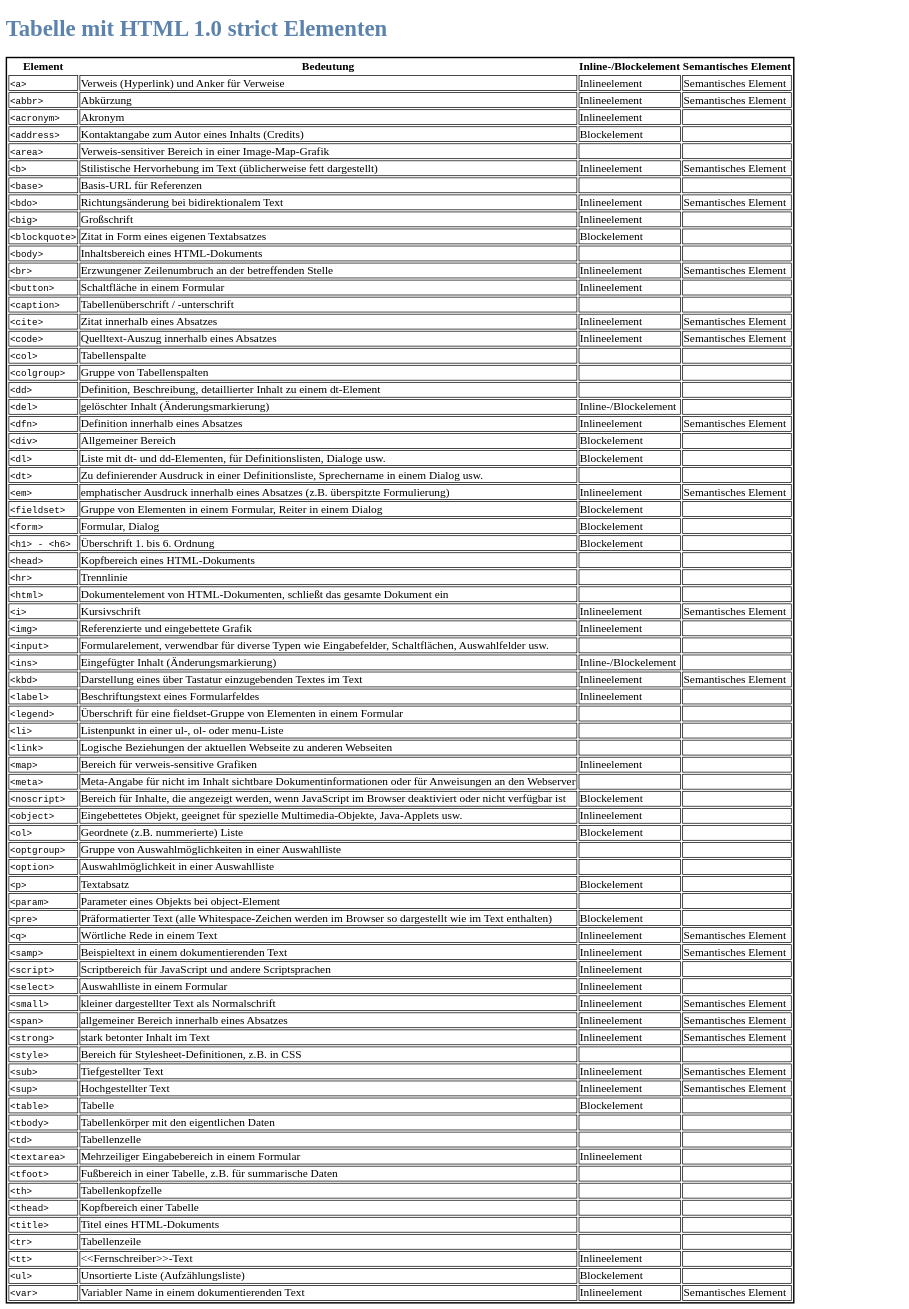
Repository: pLurchi/MyWebengineeringRepo
Page: RemoteSystemsTempFiles/HA-Kapitel06/WebContent/index.html
These files come from the project's save history. The page is drawn as it stood at one moment and after the next save; the edit follows.
The browser window is 1280 px wide. The pictures show the whole page, at 71% of full size.

Above is the page before, as saved 2013-11-28 18:58:11.

### RemoteSystemsTempFiles/HA-Kapitel06/WebContent/index.html
<?xml version="1.0" encoding="UTF-8" ?>
<!DOCTYPE html PUBLIC "-//W3C//DTD XHTML 1.0 Strict//EN" "http://www.w3.org/TR/xhtml1/DTD/xhtml1-strict.dtd">
<html xmlns="http://www.w3.org/1999/xhtml">
<head>
<meta http-equiv="Content-Type" content="text/html; charset=UTF-8" />
<link type="text/css" rel="stylesheet" href="CSS/stylesheet.css" />

<title>HA-Kapitel06</title>
</head>
<body>

	<h1>Tabelle mit HTML 1.0 strict Elementen</h1>

	<table class="wiki-content-table">
		<colgroup>
    		<col width="1*">
    		<col width="3*">
    		<col width="1*">
		    <col width="1*">
  		</colgroup>
		<tr>
			<th>Element</th>
			<th>Bedeutung</th>
			<th>Inline-/Blockelement</th>
			<th>Semantisches Element</th>
		</tr>

		<tr>
			<td><tt>&lt;a&gt;</tt></td>
			<td>Verweis (Hyperlink) und Anker für Verweise</td>
			<td>Inlineelement</td>
			<td>Semantisches Element</td>
		</tr>
		<tr>
			<td><tt>&lt;abbr&gt;</tt></td>
			<td>Abkürzung</td>
			<td>Inlineelement</td>
			<td>Semantisches Element</td>
		</tr>
		<tr>
			<td><tt>&lt;acronym&gt;</tt></td>
			<td>Akronym</td>
			<td>Inlineelement</td>
			<td></td>
		</tr>
		<tr>
			<td><tt>&lt;address&gt;</tt></td>
			<td>Kontaktangabe zum Autor eines Inhalts (Credits)</td>
			<td>Blockelement</td>
			<td></td>
		</tr>
		<tr>
			<td><tt>&lt;area&gt;</tt></td>
			<td>Verweis-sensitiver Bereich in einer Image-Map-Grafik</td>
			<td></td>
			<td></td>
		</tr>
		<tr>
			<td><tt>&lt;b&gt;</tt></td>
			<td>Stilistische Hervorhebung im Text (üblicherweise fett dargestellt)</td>
			<td>Inlineelement</td>
			<td>Semantisches Element</td>
		</tr>
		<tr>
			<td><tt>&lt;base&gt;</tt></td>
			<td>Basis-URL für Referenzen</td>
			<td></td>
			<td></td>
		</tr>
		<tr>
			<td><tt>&lt;bdo&gt;</tt></td>
			<td>Richtungsänderung bei bidirektionalem Text</td>
			<td>Inlineelement</td>
			<td>Semantisches Element</td>
		</tr>
		<tr>
			<td><tt>&lt;big&gt;</tt></td>
			<td>Großschrift</td>
			<td>Inlineelement</td>
			<td></td>
		</tr>
		<tr>
			<td><tt>&lt;blockquote&gt;</tt></td>
			<td>Zitat in Form eines eigenen Textabsatzes</td>
			<td>Blockelement</td>
			<td></td>
		</tr>
		<tr>
			<td><tt>&lt;body&gt;</tt></td>
			<td>Inhaltsbereich eines HTML-Dokuments</td>
			<td></td>
			<td></td>
		</tr>
		<tr>
			<td><tt>&lt;br&gt;</tt></td>
			<td>Erzwungener Zeilenumbruch an der betreffenden Stelle</td>
			<td>Inlineelement</td>
			<td>Semantisches Element</td>
		</tr>
		<tr>
			<td><tt>&lt;button&gt;</tt></td>
			<td>Schaltfläche in einem Formular</td>
			<td>Inlineelement</td>
			<td></td>
		</tr>
		<tr>
			<td><tt>&lt;caption&gt;</tt></td>
			<td>Tabellenüberschrift / -unterschrift</td>
			<td></td>
			<td></td>
		</tr>
		<tr>
			<td><tt>&lt;cite&gt;</tt></td>
			<td>Zitat innerhalb eines Absatzes</td>
			<td>Inlineelement</td>
			<td>Semantisches Element</td>
		</tr>
		<tr>
			<td><tt>&lt;code&gt;</tt></td>
			<td>Quelltext-Auszug innerhalb eines Absatzes</td>
			<td>Inlineelement</td>
			<td>Semantisches Element</td>
		</tr>
		<tr>
			<td><tt>&lt;col&gt;</tt></td>
			<td>Tabellenspalte</td>
			<td></td>
			<td></td>
		</tr>
		<tr>
			<td><tt>&lt;colgroup&gt;</tt></td>
			<td>Gruppe von Tabellenspalten</td>
			<td></td>
			<td></td>
		</tr>
		<tr>
			<td><tt>&lt;dd&gt;</tt></td>
			<td>Definition, Beschreibung, detaillierter Inhalt zu einem dt-Element</td>
			<td></td>
			<td></td>
		</tr>
		<tr>
			<td><tt>&lt;del&gt;</tt></td>
			<td>gelöschter Inhalt (Änderungsmarkierung)</td>
			<td>Inline-/Blockelement</td>
			<td></td>
		</tr>
		<tr>
			<td><tt>&lt;dfn&gt;</tt></td>
			<td>Definition innerhalb eines Absatzes</td>
			<td>Inlineelement</td>
			<td>Semantisches Element</td>
		</tr>
		<tr>
			<td><tt>&lt;div&gt;</tt></td>
			<td>Allgemeiner Bereich</td>
			<td>Blockelement</td>
			<td></td>
		</tr>
		<tr>
			<td><tt>&lt;dl&gt;</tt></td>
			<td>Liste mit dt- und dd-Elementen, für Definitionslisten, Dialoge usw.</td>
			<td>Blockelement</td>
			<td></td>
		</tr>
		<tr>
			<td><tt>&lt;dt&gt;</tt></td>
			<td>Zu definierender Ausdruck in einer Definitionsliste, Sprechername in einem Dialog usw.</td>
			<td></td>
			<td></td>
		</tr>
		<tr>
			<td><tt>&lt;em&gt;</tt></td>
			<td>emphatischer Ausdruck innerhalb eines Absatzes (z.B. überspitzte Formulierung)</td>
			<td>Inlineelement</td>
			<td>Semantisches Element</td>
		</tr>
		<tr>
			<td><tt>&lt;fieldset&gt;</tt></td>
			<td>Gruppe von Elementen in einem Formular, Reiter in einem Dialog</td>
			<td>Blockelement</td>
			<td></td>
		</tr>
		<tr>
			<td><tt>&lt;form&gt;</tt></td>
			<td>Formular, Dialog</td>
			<td>Blockelement</td>
			<td></td>
		</tr>
		<tr>
			<td><tt>&lt;h1&gt; - &lt;h6&gt;</tt></td>
			<td>Überschrift 1. bis 6. Ordnung</td>
			<td>Blockelement</td>
			<td></td>
		</tr>
		<tr>
			<td><tt>&lt;head&gt;</tt></td>
			<td>Kopfbereich eines HTML-Dokuments</td>
			<td></td>
			<td></td>
		</tr>
		<tr>
			<td><tt>&lt;hr&gt;</tt></td>
			<td>Trennlinie</td>
			<td></td>
			<td></td>
		</tr>
		<tr>
			<td><tt>&lt;html&gt;</tt></td>
			<td>Dokumentelement von HTML-Dokumenten, schließt das gesamte Dokument ein</td>
			<td></td>
			<td></td>
		</tr>
		<tr>
			<td><tt>&lt;i&gt;</tt></td>
			<td>Kursivschrift</td>
			<td>Inlineelement</td>
			<td>Semantisches Element</td>
		</tr>
		<tr>
			<td><tt>&lt;img&gt;</tt></td>
			<td>Referenzierte und eingebettete Grafik</td>
			<td>Inlineelement</td>
			<td></td>
		</tr>
		<tr>
			<td><tt>&lt;input&gt;</tt></td>
			<td>Formularelement, verwendbar für diverse Typen wie Eingabefelder, Schaltflächen, Auswahlfelder usw.</td>
			<td></td>
			<td></td>
		</tr>
		<tr>
			<td><tt>&lt;ins&gt;</tt></td>
			<td>Eingefügter Inhalt (Änderungsmarkierung)</td>
			<td>Inline-/Blockelement</td>
			<td></td>
		</tr>
		<tr>
			<td><tt>&lt;kbd&gt;</tt></td>
			<td>Darstellung eines über Tastatur einzugebenden Textes im Text</td>
			<td>Inlineelement</td>
			<td>Semantisches Element</td>
		</tr>
		<tr>
			<td><tt>&lt;label&gt;</tt></td>
			<td>Beschriftungstext eines Formularfeldes</td>
			<td>Inlineelement</td>
			<td></td>
		</tr>
		<tr>
			<td><tt>&lt;legend&gt;</tt></td>
			<td>Überschrift für eine fieldset-Gruppe von Elementen in einem Formular</td>
			<td></td>
			<td></td>
		</tr>
		<tr>
			<td><tt>&lt;li&gt;</tt></td>
			<td>Listenpunkt in einer ul-, ol- oder menu-Liste</td>
			<td></td>
			<td></td>
		</tr>
		<tr>
			<td><tt>&lt;link&gt;</tt></td>
			<td>Logische Beziehungen der aktuellen Webseite zu anderen Webseiten</td>
			<td></td>
			<td></td>
		</tr>
		<tr>
			<td><tt>&lt;map&gt;</tt></td>
			<td>Bereich für verweis-sensitive Grafiken</td>
			<td>Inlineelement</td>
			<td></td>
		</tr>
		<tr>
			<td><tt>&lt;meta&gt;</tt></td>
			<td>Meta-Angabe für nicht im Inhalt sichtbare Dokumentinformationen oder für Anweisungen an den Webserver</td>
			<td></td>
			<td></td>
		</tr>
		<tr>
			<td><tt>&lt;noscript&gt;</tt></td>
			<td>Bereich für Inhalte, die angezeigt werden, wenn JavaScript im Browser deaktiviert oder nicht verfügbar ist</td>
			<td>Blockelement</td>
			<td></td>
		</tr>
		<tr>
			<td><tt>&lt;object&gt;</tt></td>
			<td>Eingebettetes Objekt, geeignet für spezielle Multimedia-Objekte, Java-Applets usw.</td>
			<td>Inlineelement</td>
			<td></td>
		</tr>
		<tr>
			<td><tt>&lt;ol&gt;</tt></td>
			<td>Geordnete (z.B. nummerierte) Liste</td>
			<td>Blockelement</td>
			<td></td>
		</tr>
		<tr>
			<td><tt>&lt;optgroup&gt;</tt></td>
			<td>Gruppe von Auswahlmöglichkeiten in einer Auswahlliste</td>
			<td></td>
			<td></td>
		</tr>
		<tr>
			<td><tt>&lt;option&gt;</tt></td>
			<td>Auswahlmöglichkeit in einer Auswahlliste</td>
			<td></td>
			<td></td>
		</tr>
		<tr>
			<td><tt>&lt;p&gt;</tt></td>
			<td>Textabsatz</td>
			<td>Blockelement</td>
			<td></td>
		</tr>
		<tr>
			<td><tt>&lt;param&gt;</tt></td>
			<td>Parameter eines Objekts bei object-Element</td>
			<td></td>
			<td></td>
		</tr>
		<tr>
			<td><tt>&lt;pre&gt;</tt></td>
			<td>Präformatierter Text (alle Whitespace-Zeichen werden im Browser so dargestellt wie im Text enthalten)</td>
			<td>Blockelement</td>
			<td></td>
		</tr>
		<tr>
			<td><tt>&lt;q&gt;</tt></td>
			<td>Wörtliche Rede in einem Text</td>
			<td>Inlineelement</td>
			<td>Semantisches Element</td>
		</tr>
		<tr>
			<td><tt>&lt;samp&gt;</tt></td>
			<td>Beispieltext in einem dokumentierenden Text</td>
			<td>Inlineelement</td>
			<td>Semantisches Element</td>
		</tr>
		<tr>
			<td><tt>&lt;script&gt;</tt></td>
			<td>Scriptbereich für JavaScript und andere Scriptsprachen</td>
			<td>Inlineelement</td>
			<td></td>
		</tr>
		<tr>
			<td><tt>&lt;select&gt;</tt></td>
			<td>Auswahlliste in einem Formular</td>
			<td>Inlineelement</td>
			<td></td>
		</tr>
		<tr>
			<td><tt>&lt;small&gt;</tt></td>
			<td>kleiner dargestellter Text als Normalschrift</td>
			<td>Inlineelement</td>
			<td>Semantisches Element</td>
		</tr>
		<tr>
			<td><tt>&lt;span&gt;</tt></td>
			<td>allgemeiner Bereich innerhalb eines Absatzes</td>
			<td>Inlineelement</td>
			<td>Semantisches Element</td>
		</tr>
		<tr>
			<td><tt>&lt;strong&gt;</tt></td>
			<td>stark betonter Inhalt im Text</td>
			<td>Inlineelement</td>
			<td>Semantisches Element</td>
		</tr>
		<tr>
			<td><tt>&lt;style&gt;</tt></td>
			<td>Bereich für Stylesheet-Definitionen, z.B. in CSS</td>
			<td></td>
			<td></td>
		</tr>
		<tr>
			<td><tt>&lt;sub&gt;</tt></td>
			<td>Tiefgestellter Text</td>
			<td>Inlineelement</td>
			<td>Semantisches Element</td>
		</tr>
		<tr>
			<td><tt>&lt;sup&gt;</tt></td>
			<td>Hochgestellter Text</td>
			<td>Inlineelement</td>
			<td>Semantisches Element</td>
		</tr>
		<tr>
			<td><tt>&lt;table&gt;</tt></td>
			<td>Tabelle</td>
			<td>Blockelement</td>
			<td></td>
		</tr>
		<tr>
			<td><tt>&lt;tbody&gt;</tt></td>
			<td>Tabellenkörper mit den eigentlichen Daten</td>
			<td></td>
			<td></td>
		</tr>
		<tr>
			<td><tt>&lt;td&gt;</tt></td>
			<td>Tabellenzelle</td>
			<td></td>
			<td></td>
		</tr>
		<tr>
			<td><tt>&lt;textarea&gt;</tt></td>
			<td>Mehrzeiliger Eingabebereich in einem Formular</td>
			<td>Inlineelement</td>
			<td></td>
		</tr>
		<tr>
			<td><tt>&lt;tfoot&gt;</tt></td>
			<td>Fußbereich in einer Tabelle, z.B. für summarische Daten</td>
			<td></td>
			<td></td>
		</tr>
		<tr>
			<td><tt>&lt;th&gt;</tt></td>
			<td>Tabellenkopfzelle</td>
			<td></td>
			<td></td>
		</tr>
		<tr>
			<td><tt>&lt;thead&gt;</tt></td>
			<td>Kopfbereich einer Tabelle</td>
			<td></td>
			<td></td>
		</tr>
		<tr>
			<td><tt>&lt;title&gt;</tt></td>
			<td>Titel eines HTML-Dokuments</td>
			<td></td>
			<td></td>
		</tr>
		<tr>
			<td><tt>&lt;tr&gt;</tt></td>
			<td>Tabellenzeile</td>
			<td></td>
			<td></td>
		</tr>
		<tr>
			<td><tt>&lt;tt&gt;</tt></td>
			<td>&lt;&lt;Fernschreiber&gt;&gt;-Text</td>
			<td>Inlineelement</td>
			<td></td>
		</tr>
		<tr>
			<td><tt>&lt;ul&gt;</tt></td>
			<td>Unsortierte Liste (Aufzählungsliste)</td>
			<td>Blockelement</td>
			<td></td>
		</tr>
		<tr>
			<td><tt>&lt;var&gt;</tt></td>
			<td>Variabler Name in einem dokumentierenden Text</td>
			<td>Inlineelement</td>
			<td>Semantisches Element</td>
		</tr>
	</table>


</body>
</html>

### RemoteSystemsTempFiles/HA-Kapitel06/WebContent/CSS/stylesheet.css
@CHARSET "UTF-8";

/*Main Stylesheet of Web Eng G1 */



h1 {
	color: #5B83AD;
}

table {
	border: 2px solid black;
}

td {
	border: 1px solid black;
}

th {
	text-align: left top;
}

After the next save:
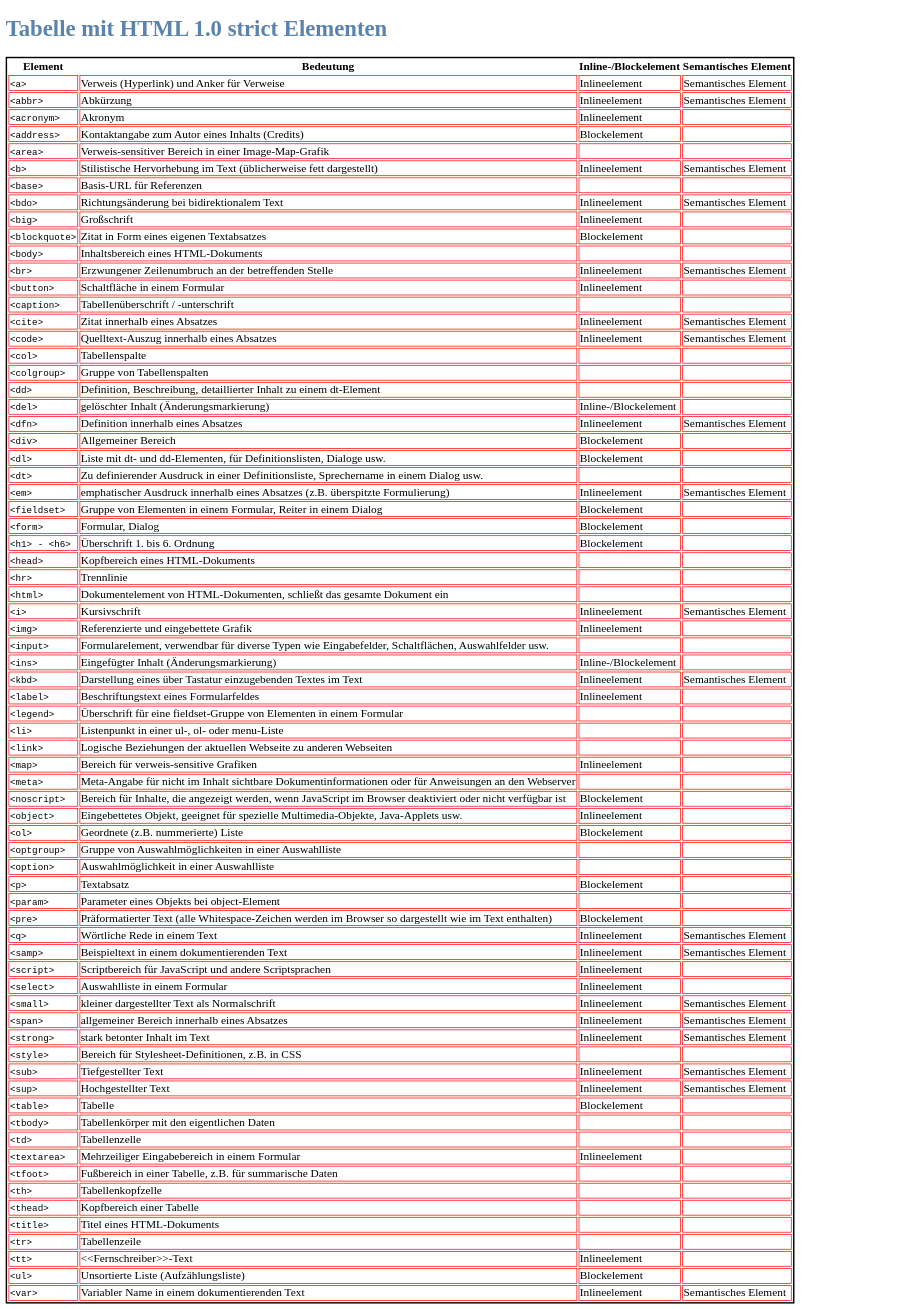
Saved 6 min 35 s later.
--- a/RemoteSystemsTempFiles/HA-Kapitel06/WebContent/CSS/stylesheet.css
+++ b/RemoteSystemsTempFiles/HA-Kapitel06/WebContent/CSS/stylesheet.css
@@ -12,8 +12,12 @@ table {
 	border: 2px solid black;
 }
 
+tr {
+	border: 1px dashed green;
+}
 td {
-	border: 1px solid black;
+	border: 1px solid red;
+	text-align: left top;
 }
 
 th {
